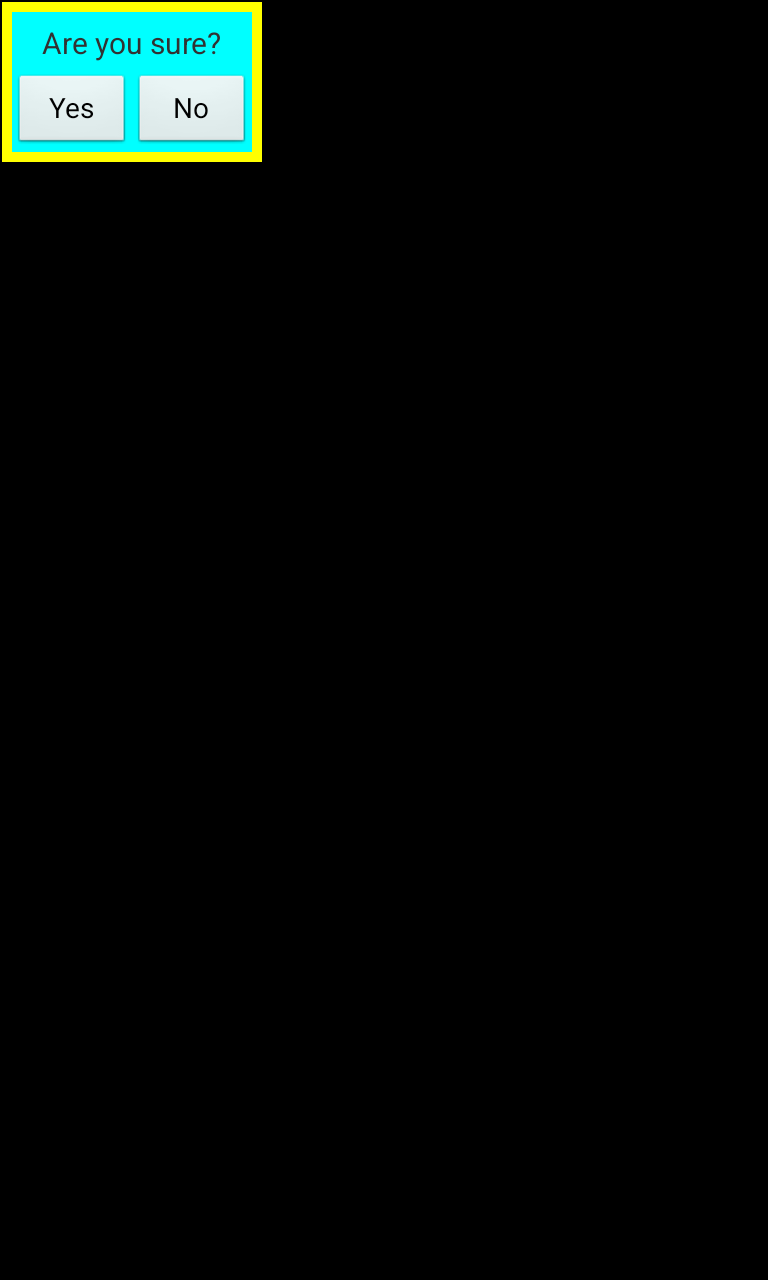
Repository: jwisch91/CS390-Project
Layout: workspace/testing/res/layout/confirmation_popup.xml
These files come from the project's save history. The layout is drawn as it stood at one moment and after a run of saves; the edit follows.
It is drawn on a 768 x 1280 px phone screen (xhdpi) without system bars, with theme android:Theme.Light; the app's code is not run.

Above is the layout before, as saved 2013-04-12 03:54:48.

### workspace/testing/res/layout/confirmation_popup.xml
<?xml version="1.0" encoding="utf-8"?>
<LinearLayout xmlns:android="http://schemas.android.com/apk/res/android"
    android:layout_width="wrap_content"
    android:layout_height="wrap_content"
    android:orientation="vertical"
    android:background="#000000">
 <LinearLayout
     android:layout_width="130dp"
     android:layout_height="80dp"
     android:orientation="vertical"
     android:layout_margin="1dp"
     android:background="#FFFF00">

    <RelativeLayout
      android:layout_width="wrap_content"
      android:layout_height="wrap_content"
      android:orientation="vertical"
      android:background="#00FFFF"
      android:layout_margin="5dp">

        <Button
            android:id="@+id/yes"
            android:layout_width="60dp"
            android:layout_height="wrap_content"
            android:layout_below="@+id/confirmation_text"
            android:layout_alignParentLeft="true"
            android:layout_gravity="bottom"
            android:text="Yes" />

        <Button
            android:id="@+id/no"
            android:layout_width="60dp"
            android:layout_height="wrap_content"
            android:layout_below="@+id/confirmation_text"
            android:layout_alignParentRight="true"
            android:layout_gravity="bottom"
            android:text="No" />

        <TextView
            android:id="@+id/confirmation_text"
            android:layout_width="wrap_content"
            android:layout_height="wrap_content"
            android:layout_alignParentTop="true"
            android:layout_centerHorizontal="true"
            android:textSize="15sp"
            android:text="Are you sure?"
            android:layout_margin="5dp" />

    </RelativeLayout>
</LinearLayout>
</LinearLayout>

After the next 2 saves:
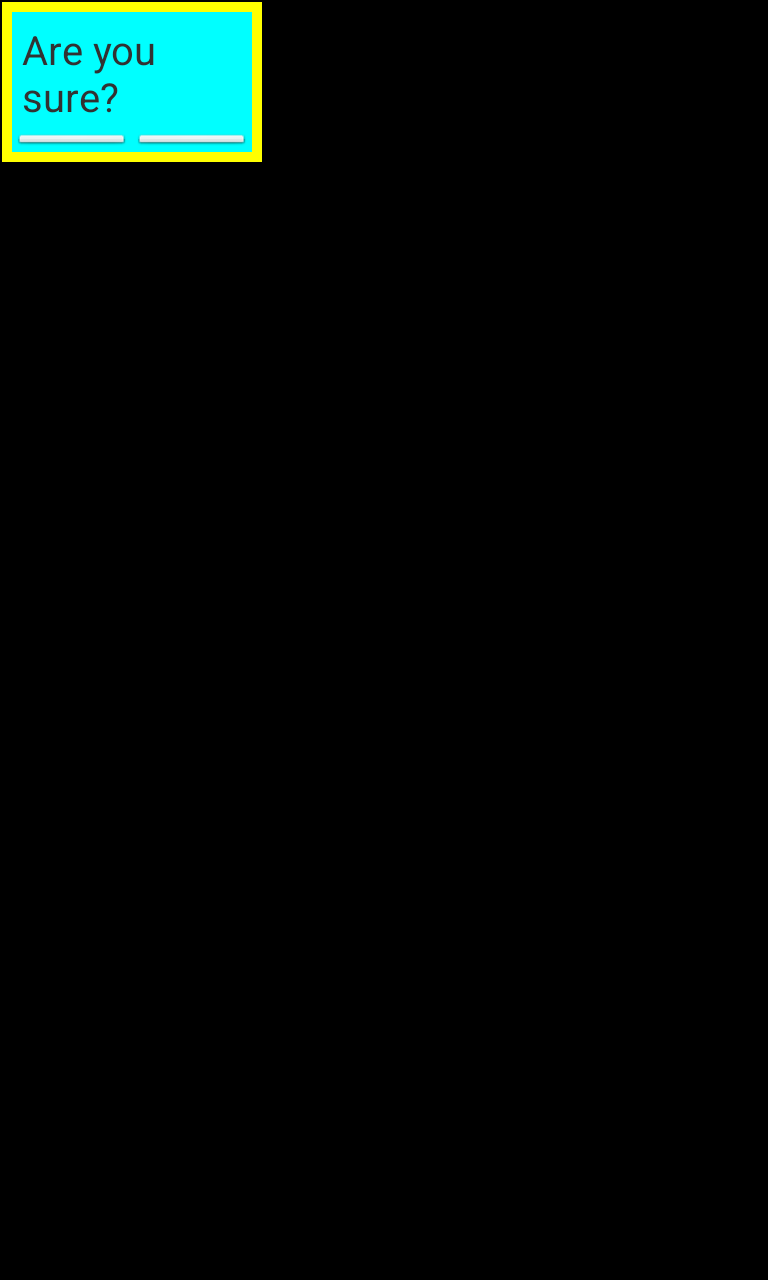
The 2 saves are shown as one change because they came seconds apart.
The last was saved 68 s later.
--- a/workspace/testing/res/layout/confirmation_popup.xml
+++ b/workspace/testing/res/layout/confirmation_popup.xml
@@ -30,6 +30,7 @@
         <Button
             android:id="@+id/no"
             android:layout_width="60dp"
+            android:textSize="20sp"
             android:layout_height="wrap_content"
             android:layout_below="@+id/confirmation_text"
             android:layout_alignParentRight="true"
@@ -42,7 +43,7 @@
             android:layout_height="wrap_content"
             android:layout_alignParentTop="true"
             android:layout_centerHorizontal="true"
-            android:textSize="15sp"
+            android:textSize="20sp"
             android:text="Are you sure?"
             android:layout_margin="5dp" />
 
